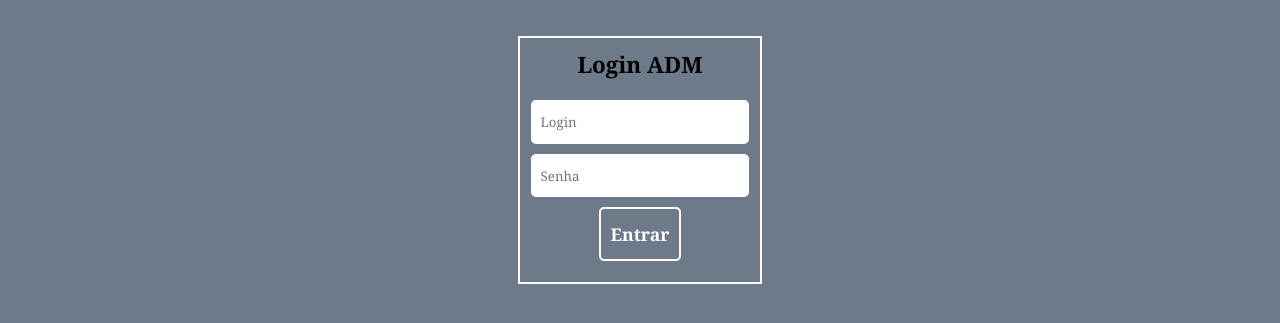
Repository: ArthurKJun/ProjetoCantinaEclipse
Page: http://localhost/arsan/loginAdministrador.jsp
The author's editor kept a copy of each file at every save. The page is drawn from the files as they stood at one save, then again after the next save.
The browser window is 1280 px wide. The pictures show the whole page.
The page is served by Tomcat 9. Other server files are loaded and not shown.

Above is the page before, as saved 2023-11-03 21:56:17.
Console error: SyntaxError: Unexpected identifier 'login'

### arsan/src/main/webapp/loginAdministrador.jsp
<%@ page language="java" contentType="text/html; charset=ISO-8859-1"
	pageEncoding="ISO-8859-1"%>
<!DOCTYPE html>
<html>
<head>

<meta charset="ISO-8859-1">

<link rel="stylesheet" href="./Estilos/style.css">

<title>Arsan Food Management</title>

</head>
<body>

	<div class="container-geral">


		<div id="form-container">

			<div id="form-inner">

				<form action="entrada.jsp" id="register-form">
					<h3>Login ADM</h3>
					<div id="name-container">

						<input type="text" name="login" id="login" placeholder="Login">

					</div>

					<input type="password" name="senha" id="senha" placeholder="Senha">

                    <input type="submit" value="Entrar" onclick="logar()">


				</form>


			</div>


		</div>
	</div>

	<script>

    function logar(){
    	event.preventDefault();

    	let login = document.getElementById('login')
    	if(login.value == ''){
    		alert('Informe o login')
    		login.focus()
    		return
    	}

    	let senha = document.getElementById('senha')
    	if(senha.value == ''){
    		alert('Informe a senha')
    		senha.focus()
    		return
    	}

    	if login = 'Administrador' & senha = 'adm1234'{
    		document.location.href='<%="cadastroUsuario.jsp"%>'
    	}else
    		return


    }


    </script>

</body>
</html>

### arsan/src/main/webapp/Estilos/style.css
*{
    margin: 0;
    padding: 0;
    box-sizing: border-box;
    font-family: Georgia;

}

body{
    display: flex;
    flex-wrap: wrap;
}

.container-geral{

    width: 100vw;
    height: 100vh;
    background: #6c7a89;
    display: flex;
    flex-direction: row;
    justify-content: center;
    align-items: center;

}
.logo-container{

    display: flex;
    position: absolute;
    top: 40%;
    flex-direction: column;
}

.logo-container img{
    padding: 1rem;
    border-radius: 50%;
    height: 400px;
}

#form-container{
    display: flex;
    position: absolute;
    flex-direction: column;
    flex-wrap: wrap;
    top: 5%;
}

#register-form{

    border: 2px solid white;
    padding: .7rem;
    align-items: center;
    display: flex;
    flex-direction: column;
    font-size: larger;
}

#register-form h3{
    margin-bottom: 20px;
}

#register-form input{

    padding: 0.8rem 0.6rem;
    border: none;
    border-radius: 5px;
    margin-bottom: 10px;
}

#register-form input[type="submit"]{
    background-color: transparent;
    color: #fff;
    border: 2px solid #fff;
    font-size: 1.1rem;
    font-weight: bold;
    cursor: pointer;
    transition: .4s;
}

#register-form input[type="submit"]:hover{
    background-color: #fff;
    color: black;
}

/*---------------------------------------------------------*/
/* tela de entrada */

h1{
    background-color: #6c7a89;
    width: 100%;
    text-align: center;
    font-size: 50px;
    color: rgb(204, 198, 198);
}

.container-porta-cards{

    background-color: #475061;
    display: flex;
    width: 535px;
    height: 550px;
    border: 2px solid white;
    flex-wrap: wrap;
    align-items: center;
    padding: 1rem;
    margin-top: 2rem;

}

.card{

    background-color: #9ca5af;
    display: flex;
    padding: .5rem;
    margin: .5rem;
    width: 150px;
    height: 150px;
    border: 2px solid white;
    flex-direction: column;
    text-align: center;
    align-items: center;
    transition: .4s;

}

.container-porta-cards-2 :active{
    background-color: aqua;
}



.container-porta-cards :hover{

    background-color: #6c7a89;
    cursor: pointer;
}

.card img{

    margin-top: 10px;
    width: 100px;
    height: 100px;
    border-radius: 20%;
    transition: .4s;
}

#venda{

    width: 480px;
    height: 150px;
}

.container-geral-entrada{

    width: 100vw;
    height: calc(100vh + 200px);
    background: #9ca5af;
    display: flex;
    flex-direction: row;
    justify-content: center;


}

/* area de vendas */

.container-porta-cards-2{

    flex: 1.4;
    background-color: #475061;
    border: 2px solid white;
    flex-wrap: wrap;
    align-items: center;
    padding: 1rem;
    display: flex;
}

.container-porta-cards-2 :hover{

    background-color: #6c7a89;
    cursor: pointer;
}

.container-lista-vendas{
    height: 36.9rem;
    margin-right: 2rem;
    margin: 1rem;
    flex: 1;
    background-color: #475061;
    border: 2px solid white;
    flex-wrap: wrap;
    position: relative;
    padding: 1rem;
}

.container-geral-3{

    gap: 1rem;
    width: 100vw;
    height: 100vh;
    background: #9ca5af;
    display: flex;
    flex-direction: row;
    justify-content: center;
    align-items: center;

}

table{

    margin-top: 1rem;
    position: absolute;
    margin-left: 2rem;

}
table th {

    padding: .5rem;
    width: 200px;
    background-color: #6c7a89;
    border-radius: 10px;

}

table td{
    text-align: center;
    padding: 0.5rem;
    background-color: #6c7a89;
    border-radius: 10px;
}

.bExcluir{
    background-color: transparent;
}

.excluir{
    background-color: transparent;
    border-radius: 5px;
}

.excluir img{
    width: 1rem;
}

tfoot td{
    font-weight: bold;

}

/* tela cadastro cliente */

.container-geral-4{

    width: 100vw;
    height: 100vh;
    background: #9ca5af;
    flex-direction: column;
    justify-content: center;
    align-items: center;
    display: flex;

}

.inputs-cadastro{


    flex: 1;
    text-align: center;

}

.inputs-cadastro input{

    padding: 0.5rem;
    margin: 0.5rem;
    border-radius: 10px;

}

.inputs-cadastro h3{

    margin-top: 1rem;


}

.inputs-cadastro button{

    padding: 0.5rem;
    margin: 1rem;
    font-size: large;
    background-color: #9ca5af;
    border: none;
    border-radius: 10px;

}

.inputs-cadastro button:hover{

    background-color: #fff;
    color: black;
    cursor: pointer;
}

.inputButton:hover{

    background-color: #fff;
    color: black;
    cursor: pointer;
}

.container-porta-cards-cad{

    background-color: #6c7a89;
    width: 400px;
    height: 500px;
    color:#040405;
    justify-items: center;
    margin-top: 2rem;

}

.cliente{

    background-color: #9ca5af;
    margin: 1rem;
    border-radius: 5px;

}

a{
    text-decoration: none;
    color: #040405;
}

.container-geral-4 h1{

    margin-top: -4rem;

}

.produto{

    background-color: #9ca5af;
    margin: 1rem;
    border-radius: 5px;
}

.container-porta-cards-cad-fornecedor{

    background-color: #6c7a89;
    width: 400px;
    height: 500px;
    color:#040405;
    justify-items: center;
    margin-top: 1rem;
}

.inputs-cadastro-for{

    flex: 1;
    text-align: center;

}

.inputs-cadastro-for input{

    padding: 0.5rem;
    margin: 0.5rem;
    border-radius: 10px;
}

.inputs-cadastro-for button{

    padding: 0.5rem;
    margin: .5rem;
    font-size: large;
    background-color: #9ca5af;
    border: none;
    border-radius: 10px;

}

.inputs-cadastro-for button:hover{

    background-color: #fff;
    color: black;
    cursor: pointer;
}

.fornecedor{
    background-color: #9ca5af;
    margin: 1rem;
    border-radius: 5px;
}

After the next save:
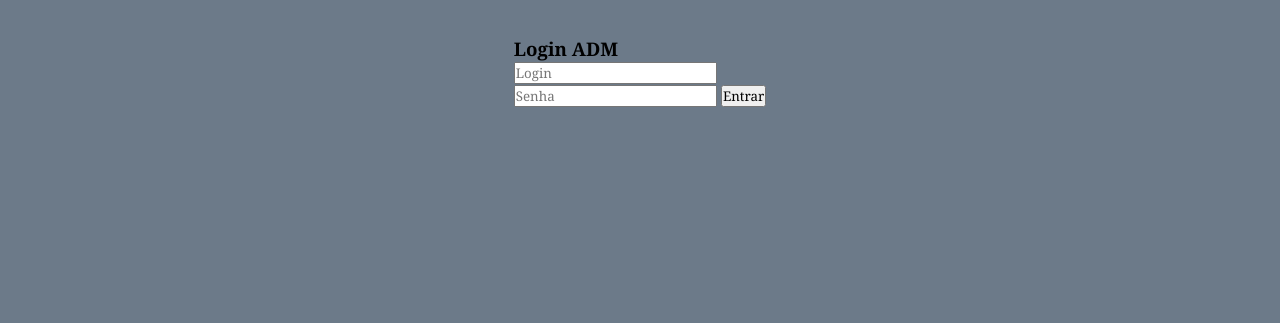
Saved 2 min 53 s later.
--- a/arsan/src/main/webapp/loginAdministrador.jsp
+++ b/arsan/src/main/webapp/loginAdministrador.jsp
@@ -20,7 +20,7 @@
 
 			<div id="form-inner">
 
-				<form action="entrada.jsp" id="register-form">
+
 					<h3>Login ADM</h3>
 					<div id="name-container">
 
@@ -32,12 +32,7 @@
 
                     <input type="submit" value="Entrar" onclick="logar()">
 
-
-				</form>
-
-
 			</div>
-
 
 		</div>
 	</div>
